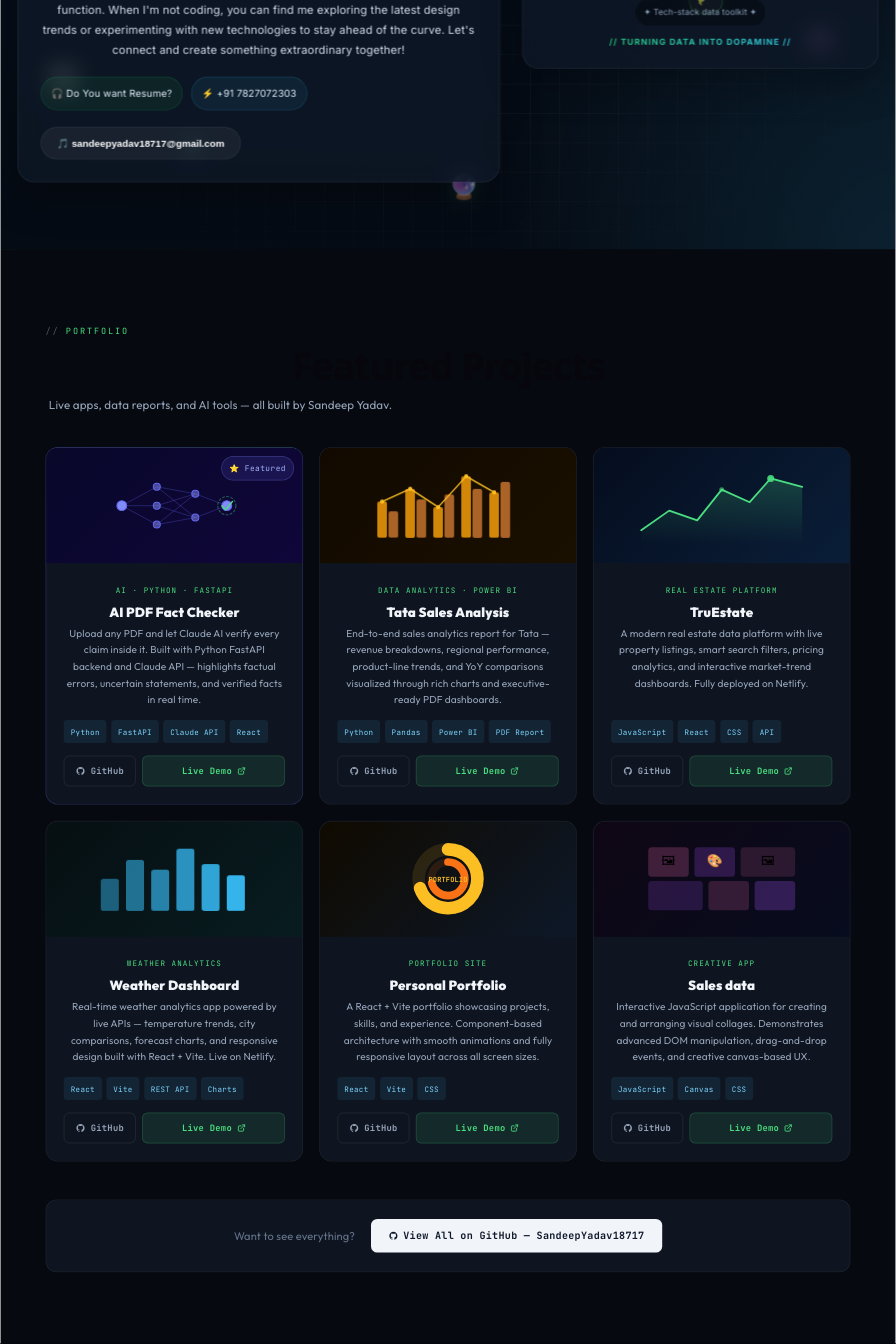
Repository: SandeepYadav18717/sandeepyadav
Page: / (app in Datanaltics_ portfolio/)
An editor plug-in stored every save of this project. The page is shown before and after the next save, followed by the edit.
The browser window is 1280 px wide. The pictures show the part of the page from y = 1398 to 3318 px (the page is 3318 px tall), at 70% of full size.
The project was rebuilt for these pictures with package versions that can differ from the ones it lists, and the page was loaded fresh each time. Also part of the build but not shown: Datanaltics_ portfolio/vite.config.js, Datanaltics_ portfolio/src/App.css.

Above is the page before, as saved 2026-05-23 10:58:12.

After the next save:
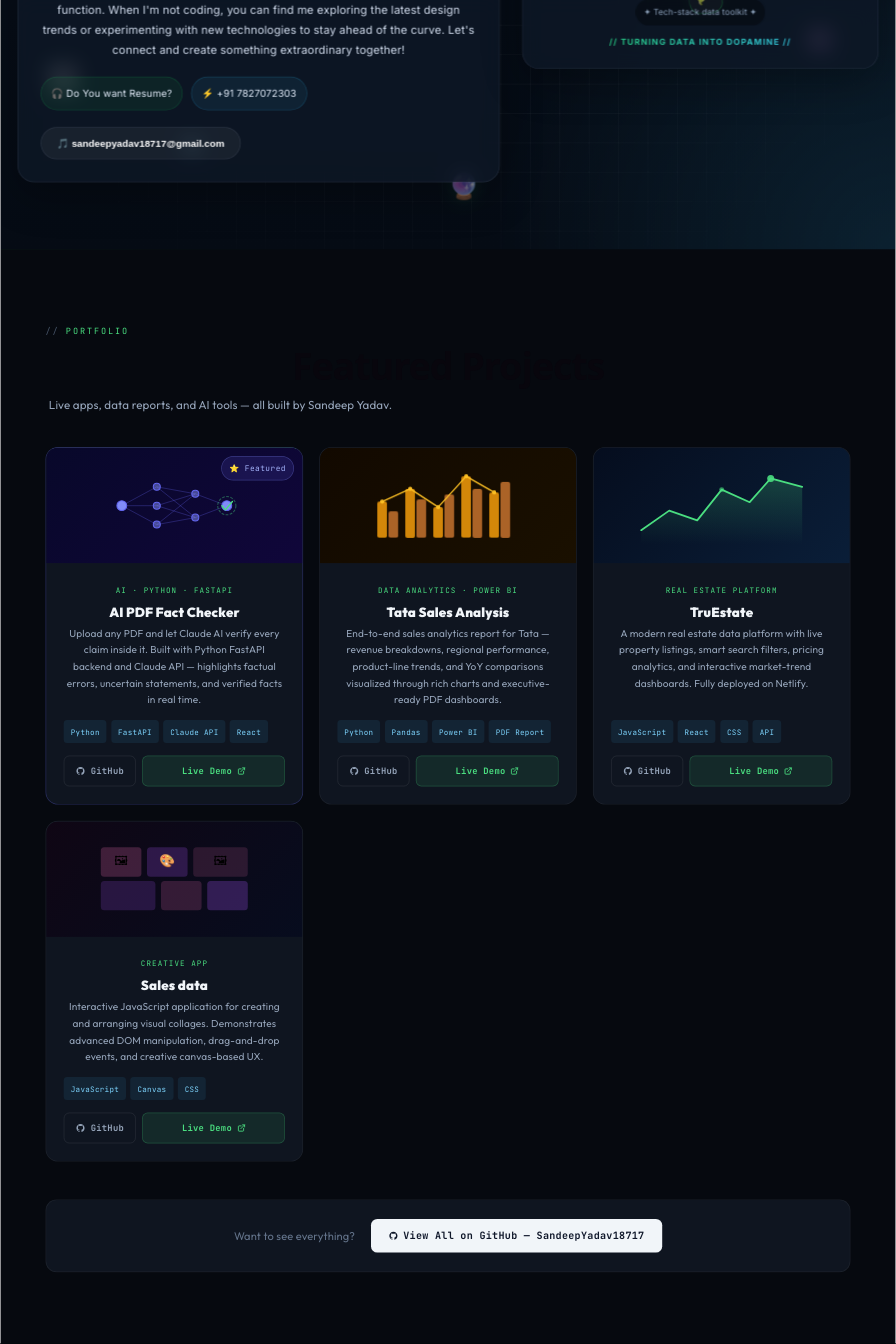
Saved 14 s later.
--- a/Datanaltics_ portfolio/src/pages/Project.jsx
+++ b/Datanaltics_ portfolio/src/pages/Project.jsx
@@ -44,30 +44,30 @@ const projects = [
     chart: "line-green",
     featured: false,
   },
-  {
-    id: 4,
-    cat: "Weather Analytics",
-    title: "Weather Dashboard",
-    desc: "Real-time weather analytics app powered by live APIs — temperature trends, city comparisons, forecast charts, and responsive design built with React + Vite. Live on Netlify.",
-    tags: ["React", "Vite", "REST API", "Charts"],
-    liveLink: "https://zippy-crumble-f03f41.netlify.app/",
-    githubLink: "https://github.com/SandeepYadav18717/weather",
-    thumb: "t-weather",
-    chart: "bars-blue",
-    featured: false,
-  },
-  {
-    id: 5,
-    cat: "Portfolio Site",
-    title: "Personal Portfolio",
-    desc: "A React + Vite portfolio showcasing projects, skills, and experience. Component-based architecture with smooth animations and fully responsive layout across all screen sizes.",
-    tags: ["React", "Vite", "CSS"],
-    liveLink: "https://sandeepyadav18717.github.io/sandeep/",
-    githubLink: "https://github.com/SandeepYadav18717/Sandeep_portfolio",
-    thumb: "t-port",
-    chart: "donut",
-    featured: false,
-  },
+//   {
+//     id: 4,
+//     cat: "Weather Analytics",
+//     title: "Weather Dashboard",
+//     desc: "Real-time weather analytics app powered by live APIs — temperature trends, city comparisons, forecast charts, and responsive design built with React + Vite. Live on Netlify.",
+//     tags: ["React", "Vite", "REST API", "Charts"],
+//     liveLink: "https://zippy-crumble-f03f41.netlify.app/",
+//     githubLink: "https://github.com/SandeepYadav18717/weather",
+//     thumb: "t-weather",
+//     chart: "bars-blue",
+//     featured: false,
+//   },
+//   {
+//     id: 5,
+//     cat: "Portfolio Site",
+//     title: "Personal Portfolio",
+//     desc: "A React + Vite portfolio showcasing projects, skills, and experience. Component-based architecture with smooth animations and fully responsive layout across all screen sizes.",
+//     tags: ["React", "Vite", "CSS"],
+//     liveLink: "https://sandeepyadav18717.github.io/sandeep/",
+//     githubLink: "https://github.com/SandeepYadav18717/Sandeep_portfolio",
+//     thumb: "t-port",
+//     chart: "donut",
+//     featured: false,
+//   },
   {
     id: 6,
     cat: "Creative App",
